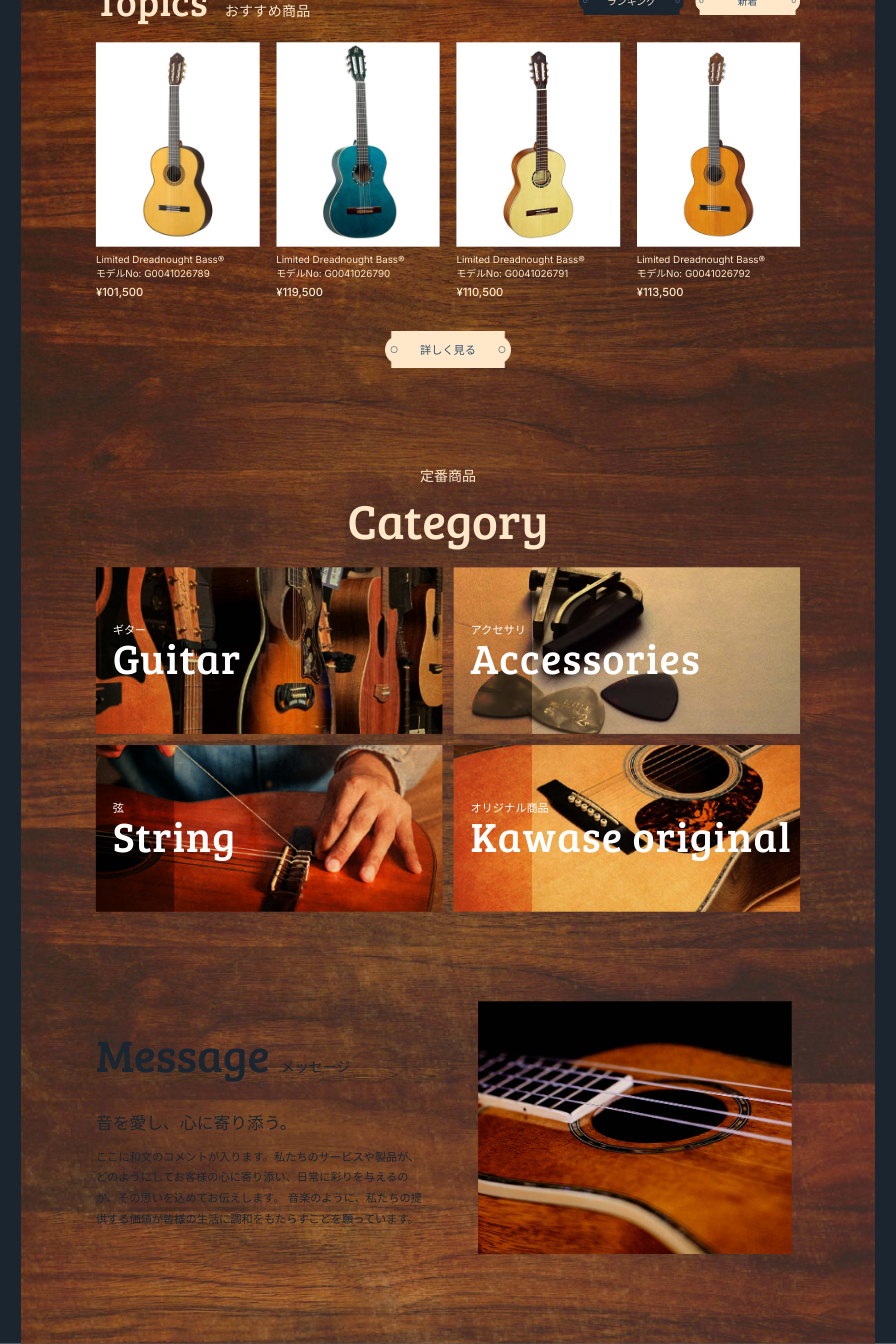
Repository: hyms035k/-----
Page: index.html
The author's editor kept a copy of each file at every save. The page is drawn from the files as they stood at one save, then again after the next save.
The browser window is 1280 px wide. The pictures show the part of the page from y = 1498 to 3418 px (the page is 3418 px tall), at 70% of full size.
Some web fonts or font styles are not loaded; a fallback is used. Some web libraries are served in a nearby version. The style sheet was rebuilt from its Sass, Less or Tailwind sources for each picture, by a compiler version that may differ from the author's.

Above is the page before, as saved 2025-06-05 15:57:29.

After the next save:
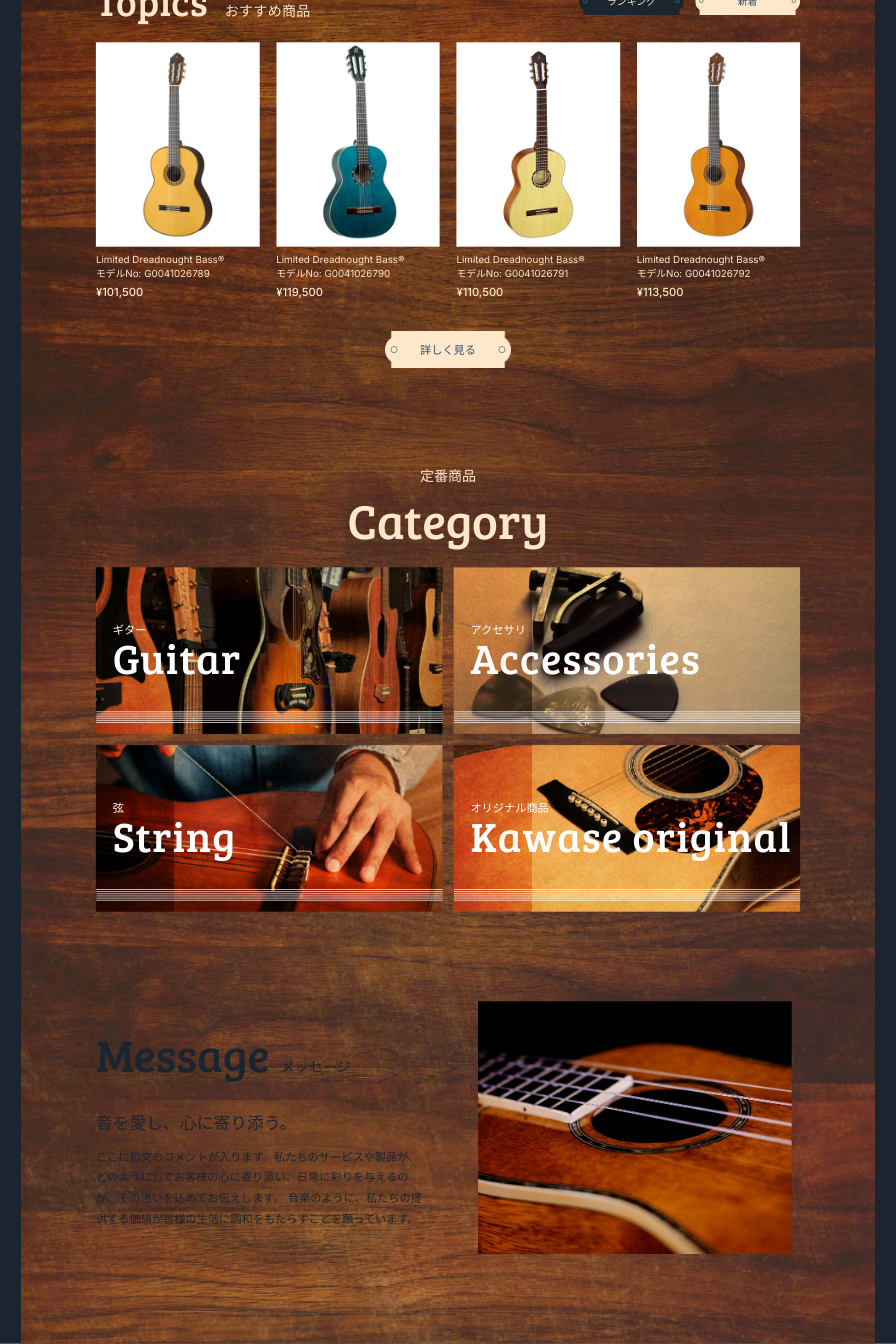
Saved 15 s later.
--- a/index.html
+++ b/index.html
@@ -44,10 +44,10 @@
                 @apply block text-sm lg:text-[60px] leading-none tracking-wide;
             }
             .category-banner > .banner-line-6 {
-                @apply absolute block bottom-4 left-1/2 -translate-x-1/2 flex flex-col gap-[2px] z-20;
+                @apply absolute block bottom-4 left-1/2 w-full -translate-x-1/2 flex flex-col gap-[2px] z-20;
             }
             .category-banner > .banner-line-6 > span {
-                @apply block w-full h-[1px] bg-white;
+                @apply block h-[1px] bg-white;
             }
             @screen md {
                 .leading-relaxed {
